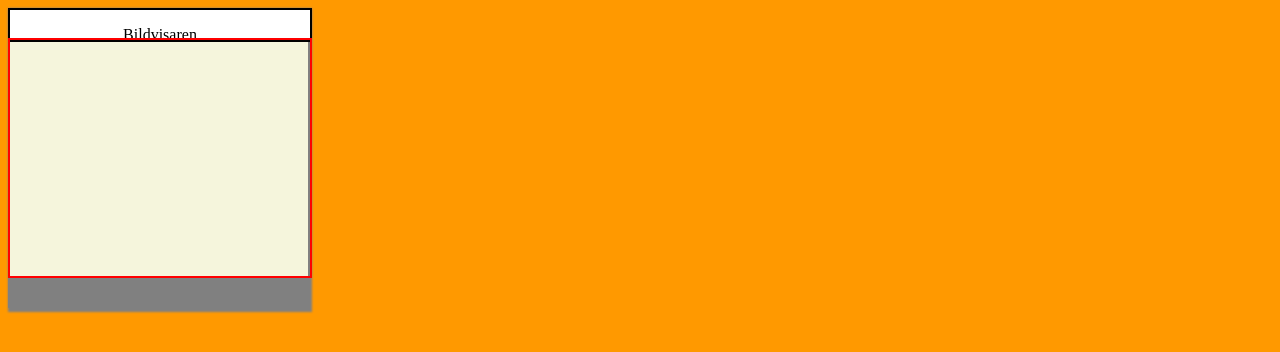
Repository: mi222ep/1dv403-laborationer
Page: 5-projektet/index.html
The author's editor kept a record of every edit. The page is drawn from the files as they stood at one moment, then again after the next edit.
The browser window is 1280 px wide. The pictures show the whole page.
The page's requests for data from a server got no answer.

Above is the page before.

After the next edit:
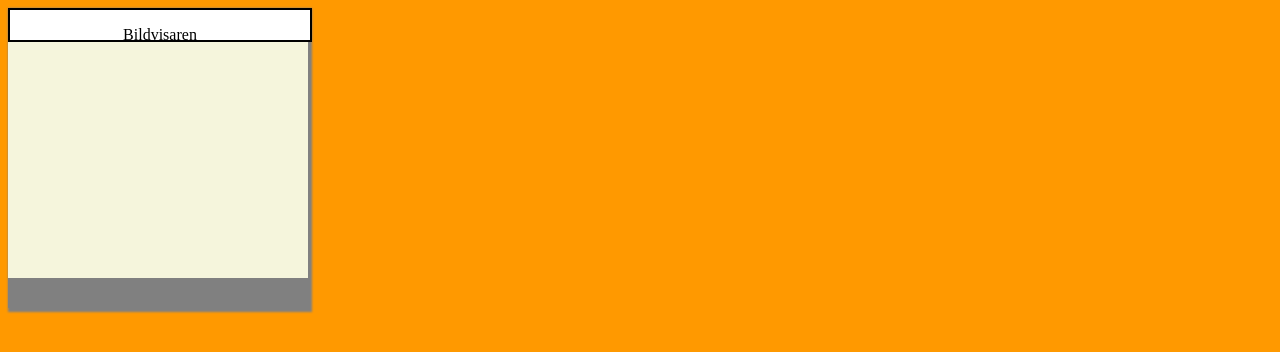
The edit:
--- a/5-projektet/css/style.css
+++ b/5-projektet/css/style.css
@@ -77,7 +77,6 @@
     overflow-y: scroll;
     top:  30px;
     bottom: 30px;
-    border: 2px solid red;
 }
 .bottomBar{
     background-color: gray;
